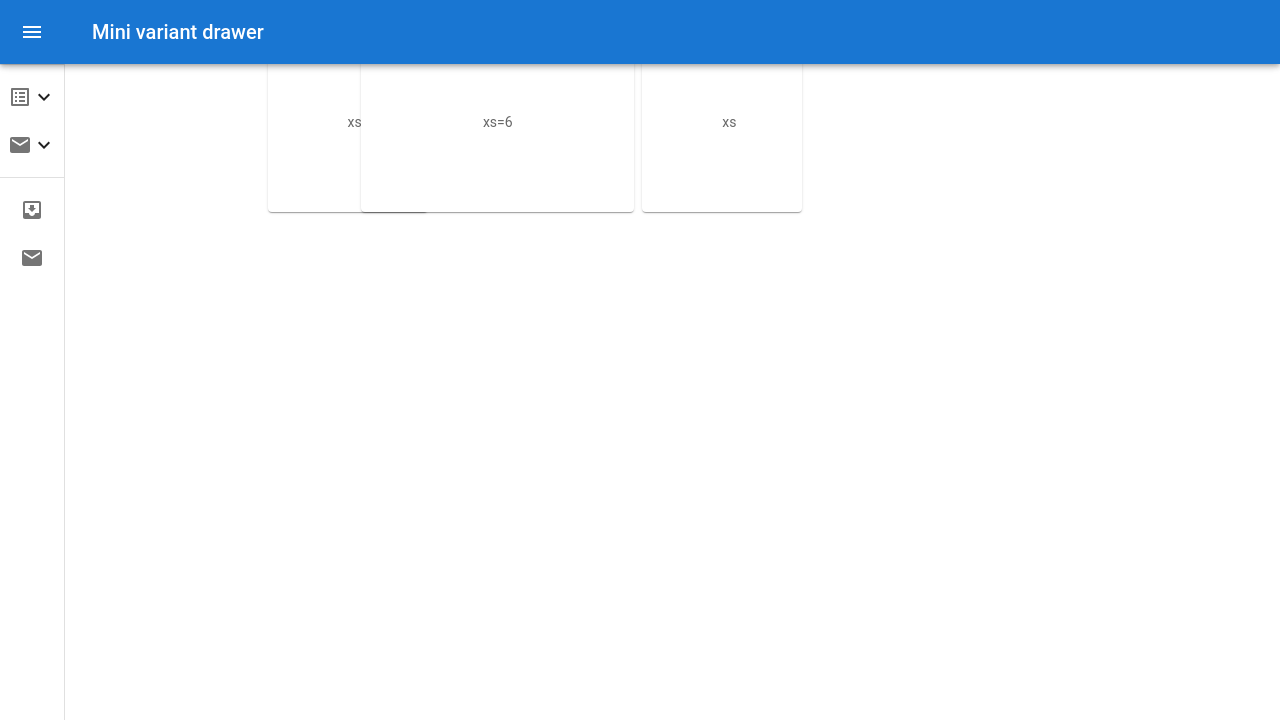
Repository: Vijay-Singh1/office-tools
Page: /createForm/Create-Form
These files come from the project's save history. The page is drawn as it stood at one moment and after the next save; the edit follows.
The browser window is 1280 px wide. The pictures show the whole page.
The project was rebuilt for these pictures with package versions that can differ from the ones it lists, and the page was loaded fresh each time. Also part of the build but not shown: vite.config.ts, src/FormBuilderApp/src/pages/OpenForms.tsx.

Above is the page before, as saved 2024-09-02 20:15:59.

### index.html
<!doctype html>
<html lang="en">
  <head>
    <meta charset="UTF-8" />
    <link rel="icon" type="image/svg+xml" href="/vite.svg" />
    <meta name="viewport" content="width=device-width, initial-scale=1.0" />
    <title>Office Tools</title>
  </head>
  <body>
    <div id="root"></div>
    <script type="module" src="/src/main.tsx"></script>
  </body>
</html>

### src/main.tsx
import { StrictMode } from 'react'
import { createRoot } from 'react-dom/client'
import App from './App.tsx'
import './index.css'// Import Tailwind CSS
import { ThemeProvider } from '@mui/material/styles';
import CssBaseline from '@mui/material/CssBaseline';
import theme from "./appTheme/appTheme.ts"
import AppRoutes from './routes.js';
createRoot(document.getElementById('root')!).render(
  <StrictMode>
    <ThemeProvider theme={theme}>
    <CssBaseline />
    <AppRoutes />
    </ThemeProvider>
  </StrictMode>,
)

### src/appTheme/appTheme.ts
// src/theme.ts
import { createTheme, ThemeOptions } from '@mui/material/styles';

const themeOptions: ThemeOptions = {
  palette: {
    primary: {
      main: '#1976d2',
    },
    secondary: {
      main: '#dc004e',
    },
  },
  typography: {
    fontFamily: 'Roboto, Arial, sans-serif',
    h1: {
      fontSize: '2.5rem',
      fontWeight: 500,
    },
    body1: {
      fontSize: '1rem',
    },
  },
  components: {
    MuiButton: {
      styleOverrides: {
        root: {
          textTransform: 'none',
          borderRadius: '8px',
        },
      },
    },
  },
};

const theme = createTheme(themeOptions);

export default theme;

### src/routes.tsx
import React from 'react';
import { createBrowserRouter, RouterProvider } from 'react-router-dom';

import Sidebar from './components/sidebar';
import { formBuilderRoutes } from './FormBuilderApp/src/formBuilderRoutes';
import App from './App';

// Combine routes from different modules
const router = createBrowserRouter([
  {
    path: '/',
    element: <App />,
    children: [
      ...formBuilderRoutes
      // Add other module routes here
    ],
  },
]);

const AppRoutes: React.FC = () => {
  return <RouterProvider router={router} />;
};

export default AppRoutes;

### src/FormBuilderApp/src/formBuilderRoutes.tsx
import React from 'react';
import { RouteObject } from 'react-router-dom';
import FormBuilderHome from './pages/FormBuilderHome';
import CreateForm from './pages/CreateForm';
import OpenForms from './pages/OpenForms';


export const formBuilderRoutes: RouteObject[] = [
  {
    path: 'createForm',
    element: <FormBuilderHome />,
    children: [
      {
        path: '/createForm/Create-Form',
        element: <CreateForm />,
      },
      {
        path: '/createForm/Open-Form',
        element: <OpenForms />,
      },
    ],
  },
];

### src/App.tsx
import { Outlet } from "react-router-dom";
import "./App.css";
import Sidebar from "./components/sidebar";
import { Box } from "@mui/material";

const App: React.FC = () => {
  return (
    <Box display={"flex"} >
      <Box display={"flex"} sx = {{flexGrow : 1}}>
      <Sidebar />
      </Box>
      <Box  display={"flex"} sx = {{flexGrow : 4}}>
        <Outlet />
      </Box>
    </Box>
  );
};

export default App;

### src/FormBuilderApp/src/pages/FormBuilderHome.tsx
import React from 'react'
import { Outlet } from 'react-router-dom'

const FormBuilderHome = () => {
  return (
    <div id="detail">
        <Outlet />
      </div>
  )
}

export default FormBuilderHome

### src/FormBuilderApp/src/pages/CreateForm.tsx
import { styled } from '@mui/material/styles';
import Box from '@mui/material/Box';
import Paper from '@mui/material/Paper';
import Grid from '@mui/material/Grid';
import React from 'react'



const Item = styled(Paper)(({ theme }) => ({
  backgroundColor: theme.palette.mode === 'dark' ? '#1A2027' : '#fff',
  ...theme.typography.body2,
  padding: theme.spacing(10),
  textAlign: 'center',
  color: theme.palette.text.secondary,
}));
const CreateForm : React.FC = () => {
  return (
    <Box sx={{ flexGrow: 3, width : "100%" }}>
      <Grid container spacing={1}>
        <Grid item xs= {2}>
          <Item>xs</Item>
        </Grid>
        <Grid item xs={6}>
          <Item>xs=6</Item>
        </Grid>
        <Grid item xs = {2}>
          <Item>xs</Item>
        </Grid>
      </Grid>
    </Box>
  )
}

export default CreateForm

### src/components/sidebar/index.tsx
import * as React from 'react';
import { styled, useTheme, Theme, CSSObject } from '@mui/material/styles';
import Box from '@mui/material/Box';
import MuiDrawer from '@mui/material/Drawer';
import MuiAppBar, { AppBarProps as MuiAppBarProps } from '@mui/material/AppBar'; // <-- Use MuiAppBar here for clarity
import Toolbar from '@mui/material/Toolbar';
import List from '@mui/material/List';
import CssBaseline from '@mui/material/CssBaseline';
import Typography from '@mui/material/Typography';
import Divider from '@mui/material/Divider';
import IconButton from '@mui/material/IconButton';
import MenuIcon from '@mui/icons-material/Menu';
import ChevronLeftIcon from '@mui/icons-material/ChevronLeft';
import ChevronRightIcon from '@mui/icons-material/ChevronRight';
import ListItem from '@mui/material/ListItem';
import ListItemButton from '@mui/material/ListItemButton';
import ListItemIcon from '@mui/material/ListItemIcon';
import ListItemText from '@mui/material/ListItemText';
import InboxIcon from '@mui/icons-material/MoveToInbox';
import MailIcon from '@mui/icons-material/Mail';
import Collapse from '@mui/material/Collapse';
import ExpandLess from '@mui/icons-material/ExpandLess';
import ExpandMore from '@mui/icons-material/ExpandMore';
import ListAltIcon from '@mui/icons-material/ListAlt';
import {  Link } from "react-router-dom";

const drawerWidth = 240;

const openedMixin = (theme: Theme): CSSObject => ({
  width: drawerWidth,
  transition: theme.transitions.create('width', {
    easing: theme.transitions.easing.sharp,
    duration: theme.transitions.duration.enteringScreen,
  }),
  overflowX: 'hidden',
});

const closedMixin = (theme: Theme): CSSObject => ({
  transition: theme.transitions.create('width', {
    easing: theme.transitions.easing.sharp,
    duration: theme.transitions.duration.leavingScreen,
  }),
  overflowX: 'hidden',
  width: `calc(${theme.spacing(7)} + 1px)`,
  [theme.breakpoints.up('sm')]: {
    width: `calc(${theme.spacing(8)} + 1px)`,
  },
});

const DrawerHeader = styled('div')(({ theme }) => ({
  display: 'flex',
  alignItems: 'center',
  justifyContent: 'flex-end',
  padding: theme.spacing(0, 1),
  // necessary for content to be below app bar
  ...theme.mixins.toolbar,
}));

interface AppBarProps extends MuiAppBarProps {
  open?: boolean;
}

const AppBar = styled(MuiAppBar, {
  shouldForwardProp: (prop) => prop !== 'open',
})<AppBarProps>(({ theme }) => ({
  zIndex: theme.zIndex.drawer + 1,
  transition: theme.transitions.create(['width', 'margin'], {
    easing: theme.transitions.easing.sharp,
    duration: theme.transitions.duration.leavingScreen,
  }),
  variants: [
    {
      props: ({ open }) => open,
      style: {
        marginLeft: drawerWidth,
        width: `calc(100% - ${drawerWidth}px)`,
        transition: theme.transitions.create(['width', 'margin'], {
          easing: theme.transitions.easing.sharp,
          duration: theme.transitions.duration.enteringScreen,
        }),
      },
    },
  ],
}));

const Drawer = styled(MuiDrawer, { shouldForwardProp: (prop) => prop !== 'open' })(
  ({ theme }) => ({
    width: drawerWidth,
    flexShrink: 0,
    whiteSpace: 'nowrap',
    boxSizing: 'border-box',
    variants: [
      {
        props: ({ open }) => open,
        style: {
          ...openedMixin(theme),
          '& .MuiDrawer-paper': openedMixin(theme),
        },
      },
      {
        props: ({ open }) => !open,
        style: {
          ...closedMixin(theme),
          '& .MuiDrawer-paper': closedMixin(theme),
        },
      },
    ],
  }),
);

const Sidebar: React.FC = () => {
  const theme = useTheme();
  const [open, setOpen] = React.useState(false);
  const [nestedOpen, setNestedOpen] = React.useState({ 0: false, 1: false });

  const handleDrawerOpen = () => {
    setOpen(true);
  };

  const handleDrawerClose = () => {
    setOpen(false);
  };

  const handleNestedClick = (index: number) => {
    setNestedOpen((prev) => ({ ...prev, [index]: !prev[index] }));
  };
  const handleClick = (element: string) => {
    if(element === "Create Form"){
      console.log(element)
    }
  };

  return (
    <Box sx={{ display: 'flex' }}>
      <CssBaseline />
      <AppBar position="fixed" open={open}>
        <Toolbar>
          <IconButton
            color="inherit"
            aria-label="open drawer"
            onClick={handleDrawerOpen}
            edge="start"
            sx={[
              { marginRight: 5 },
              open && { display: 'none' },
            ]}
          >
            <MenuIcon />
          </IconButton>
          <Typography variant="h6" noWrap component="div">
            Mini variant drawer
          </Typography>
        </Toolbar>
      </AppBar>
      <Drawer variant="permanent" open={open}>
        <DrawerHeader>
          <IconButton onClick={handleDrawerClose}>
            {theme.direction === 'rtl' ? <ChevronRightIcon /> : <ChevronLeftIcon />}
          </IconButton>
        </DrawerHeader>
        <Divider />
        <List>
          {['Form Builder', 'Image Editor'].map((text, index) => (
            <>
              <ListItem key={index} disablePadding sx={{ display: 'block' }}>
                <ListItemButton
                  onClick={() => handleNestedClick(index)}
                  sx={[
                    { minHeight: 48, px: 2.5 },
                    open ? { justifyContent: 'initial' } : { justifyContent: 'center' },
                  ]}
                >
                  <ListItemIcon
                    sx={[
                      { minWidth: 0, justifyContent: 'center' },
                      open ? { mr: 3 } : { mr: 'auto' },
                    ]}
                  >
                    {index % 2 === 0 ? <ListAltIcon /> : <MailIcon />}
                  </ListItemIcon>
                  <ListItemText
                    primary={text}
                    sx={[open ? { opacity: 1 } : { opacity: 0 }]}
                  />
                  {nestedOpen[index] ? <ExpandLess /> : <ExpandMore />}
                </ListItemButton>
              </ListItem>
              <Collapse in={nestedOpen[index]} timeout="auto" unmountOnExit>
                <List component="div" disablePadding>
                  {['Create Form', 'Open Form'].map((subtext, idx) => (
                    <Link to ={`/createForm/${subtext.split(" ")[0]}-${subtext.split(" ")[1]}`}>
                    <ListItemButton key={idx} sx={{ pl: 4 }} >
                      <ListItemIcon>
                      <ListAltIcon/>
                      </ListItemIcon>
                      <ListItemText primary={subtext} />
                    </ListItemButton>
                    </Link>
                  ))}
                </List>
              </Collapse>
            </>
          ))}
        </List>
        <Divider />
        {/* Other Items */}
        <List>
          {['Docs Creator', 'SpreadSheet'].map((text, index) => (
            <ListItem key={index} disablePadding sx={{ display: 'block' }}>
              <ListItemButton
                sx={[
                  { minHeight: 48, px: 2.5 },
                  open ? { justifyContent: 'initial' } : { justifyContent: 'center' },
                ]}
              >
                <ListItemIcon
                  sx={[
                    { minWidth: 0, justifyContent: 'center' },
                    open ? { mr: 3 } : { mr: 'auto' },
                  ]}
                >
                  {index % 2 === 0 ? <InboxIcon /> : <MailIcon />}
                </ListItemIcon>
                <ListItemText
                  primary={text}
                  sx={[open ? { opacity: 1 } : { opacity: 0 }]}
                />
              </ListItemButton>
            </ListItem>
          ))}
        </List>
      </Drawer>
      <Box component="main" sx={{ flexGrow: 1, p: 3 }}>
        <DrawerHeader />
        {/* Your Main Content Here */}
      </Box>
    </Box>
  );
};

export default Sidebar;

Loaded but not shown: src/index.css (common file); src/App.css (common file)

After the next save:
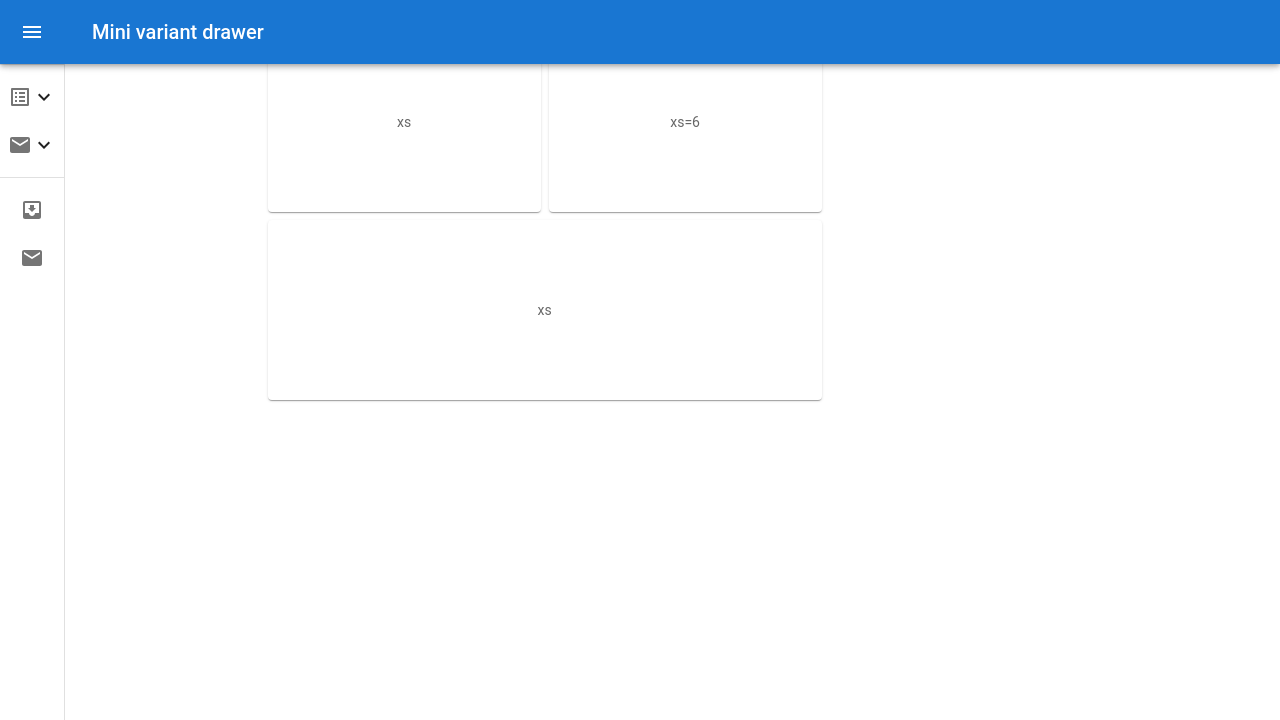
Saved 86 s later.
--- a/src/FormBuilderApp/src/pages/CreateForm.tsx
+++ b/src/FormBuilderApp/src/pages/CreateForm.tsx
@@ -17,13 +17,13 @@ const CreateForm : React.FC = () => {
   return (
     <Box sx={{ flexGrow: 3, width : "100%" }}>
       <Grid container spacing={1}>
-        <Grid item xs= {2}>
+        <Grid item xs>
           <Item>xs</Item>
         </Grid>
         <Grid item xs={6}>
           <Item>xs=6</Item>
         </Grid>
-        <Grid item xs = {2}>
+        <Grid item xs >
           <Item>xs</Item>
         </Grid>
       </Grid>
